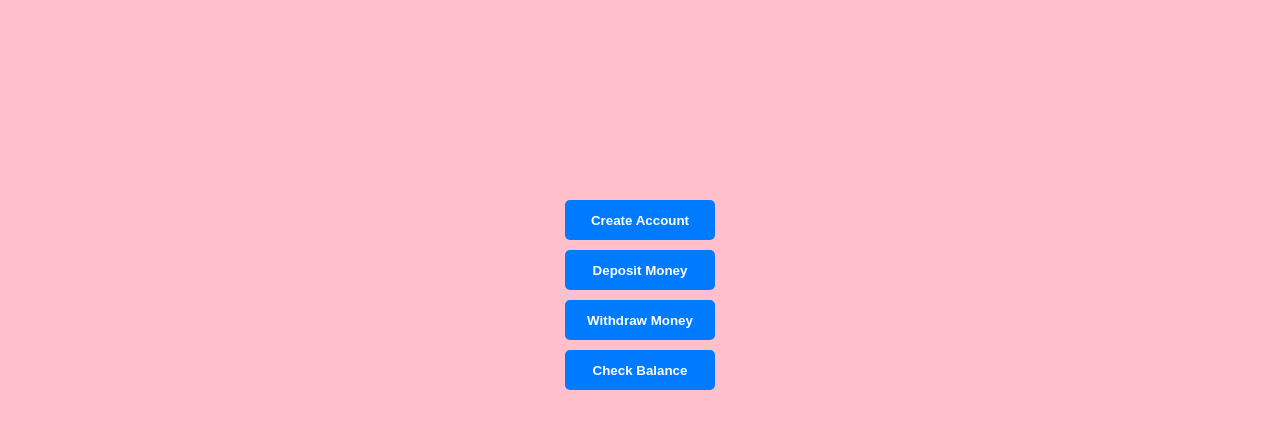
Repository: Surajkande2001/IGTSolution
Page: WebJSPProject1/src/main/webapp/Index.html
The author's editor kept a copy of each file at every save. The page is drawn from the files as they stood at one save, then again after the next save.
The browser window is 1280 px wide. The pictures show the whole page.

Above is the page before, as saved 2023-07-02 16:17:49.

### WebJSPProject1/src/main/webapp/Index.html
<!DOCTYPE html>
<html>

<head>
	<meta charset="ISO-8859-1">
	<title>Banking App</title>
	<style>
		body {
			background-color: pink;

			font-family: Arial, sans-serif;
			margin: 0;
			padding: 0;
		}

		.container {
			text-align: center;
			margin-top: 200px;
		}

		.container form {
			margin-bottom: 10px;
		}

		.container input[type="submit"] {
			width: 150px;
			height: 40px;
			border-radius: 5px;
			border: none;
			background-color: #007bff;
			color: #ffffff;
			font-weight: bold;
			cursor: pointer;
		}

		.container input[type="submit"]:hover {
			background-color: #0056b3;
		}
	</style>
</head>

<body>

	<div class="container">
		<form action="Create.html">
			<input type="submit" value="Create Account">
		</form>

		<form action="Deposit.html">
			<input type="submit" value="Deposit Money">
		</form>

		<form action="Withdraw.html">
			<input type="submit" value="Withdraw Money">
		</form>

		<form action="Check.html">
			<input type="submit" value="Check Balance">
		</form>
	</div>

</body>

</html>

After the next save:
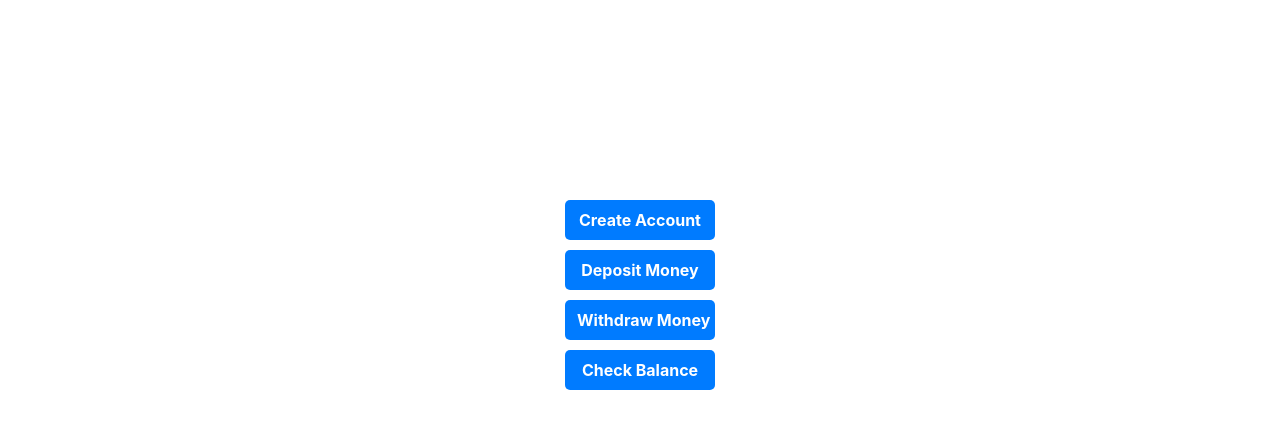
Console error: TypeError: Cannot read properties of undefined (reading 'fn')
Saved 4 min 9 s later.
--- a/WebJSPProject1/src/main/webapp/Index.html
+++ b/WebJSPProject1/src/main/webapp/Index.html
@@ -7,7 +7,6 @@
 	<style>
 		body {
 			background-color: pink;
-
 			font-family: Arial, sans-serif;
 			margin: 0;
 			padding: 0;
@@ -37,28 +36,30 @@
 			background-color: #0056b3;
 		}
 	</style>
+	<link rel="stylesheet" href="https://maxcdn.bootstrapcdn.com/bootstrap/4.0.0/css/bootstrap.min.css">
 </head>
 
 <body>
 
 	<div class="container">
 		<form action="Create.html">
-			<input type="submit" value="Create Account">
+			<input type="submit" value="Create Account" class="btn btn-primary">
 		</form>
 
 		<form action="Deposit.html">
-			<input type="submit" value="Deposit Money">
+			<input type="submit" value="Deposit Money" class="btn btn-primary">
 		</form>
 
 		<form action="Withdraw.html">
-			<input type="submit" value="Withdraw Money">
+			<input type="submit" value="Withdraw Money" class="btn btn-primary">
 		</form>
 
 		<form action="Check.html">
-			<input type="submit" value="Check Balance">
+				<input type="submit" value="Check Balance" class="btn btn-primary">
 		</form>
 	</div>
 
+	<script src="https://maxcdn.bootstrapcdn.com/bootstrap/4.0.0/js/bootstrap.min.js"></script>
 </body>
 
 </html>
